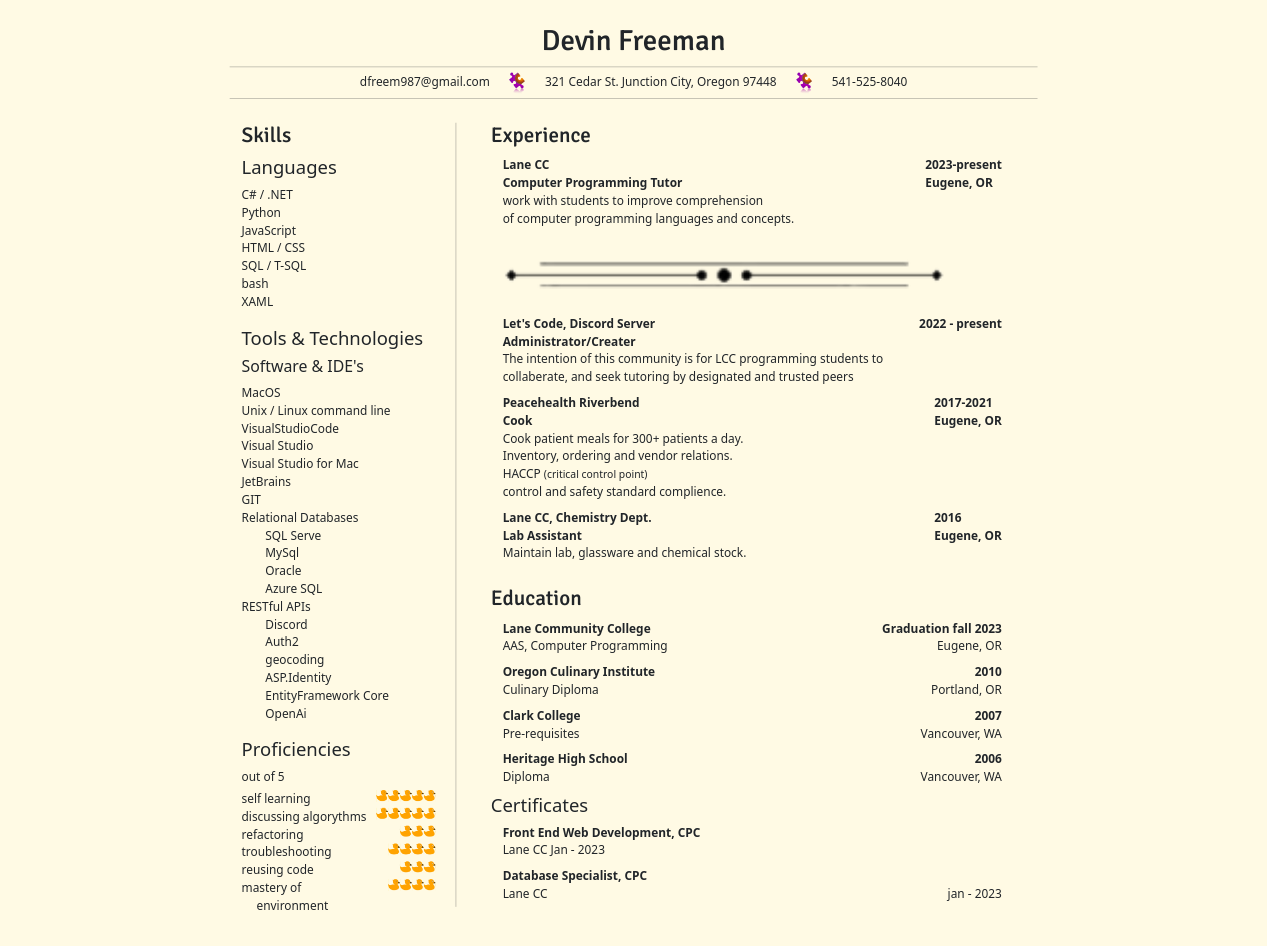
Repository: Dfreem/Resume
Page: index.html
The author's editor kept a copy of each file at every save. The page is drawn from the files as they stood at one save, then again after the next save.
The browser window is 1280 px wide. The pictures show the whole page, at 99% of full size.

Above is the page before, as saved 2023-02-13 09:27:36.

### index.html
<!DOCTYPE html>
<html lang="en">

<head>
    <meta charset="UTF-8">
    <meta http-equiv="X-UA-Compatible" content="IE=edge">
    <meta name="viewport" content="width=device-width, initial-scale=1.0">
    <link href="https://cdn.jsdelivr.net/npm/bootstrap@5.3.0-alpha1/dist/css/bootstrap.min.css" rel="stylesheet"
        integrity="sha384-GLhlTQ8iRABdZLl6O3oVMWSktQOp6b7In1Zl3/Jr59b6EGGoI1aFkw7cmDA6j6gD" crossorigin="anonymous">
    <link href="resume.css" rel="stylesheet" />
    <title>Devin Freeman</title>
</head>

<body>

    <h1>Devin Freeman</h1>
    <hr />

    <!-- ========= banner ========= -->

    <div class="personal-info">
        dfreem987@gmail.com
        &emsp;
        <span><img src="puzzle.png" class="puzzle-piece"></img></span>
        &emsp;
        321 Cedar St. Junction City, Oregon 97448
        &emsp;
        <span><img src="puzzle.png" class="puzzle-piece"></img></span>
        &emsp;
        541-525-8040
        <!-- &nbsp;freemand@my.lanecc.edu -->
    </div>
    <hr />
    <!-- ========= Skills start ========= -->

    <div class="hstack">
        <div class="vstack skill-stack">
            <h2>Skills</h2>

            <!-- ========= programming language list ========= -->

            <ul class="langs">
                <div class="d-flex flex-row flex-nowrap">
                    <h3>Languages</h3>
                </div>
                <li class="d-flex flex-row flex-nowrap">
                    C# / .NET</li>
                <li class="d-flex flex-row flex-nowrap">
                    Python</li>
                <li class="d-flex flex-row flex-nowrap">
                    JavaScript</li>
                <li class="d-flex flex-row flex-nowrap">
                    HTML / CSS</li>
                <li class="d-flex flex-row flex-nowrap">
                    SQL / T-SQL</li>
                <li class="d-flex flex-row flex-nowrap">
                    bash</li>
                <li class="d-flex flex-row flex-nowrap">
                    XAML</li>
            </ul>
            <ul>
                <div>
                    <h3>Tools & Technologies</h3>
                    <h4>Software & IDE's</h4>
                    <li>MacOS</li>
                    <li>Unix / Linux command line</li>
                    <li>VisualStudioCode</li>
                    <li>Visual Studio</li>
                    <li>Visual Studio for Mac</li>
                    <li>JetBrains </li>
                    <li>GIT</li>
                    <li>
                        <ul>
                            Relational Databases
                            <li class="ms-4">SQL Serve</li>
                            <li class="ms-4">MySql</li>
                            <li class="ms-4">Oracle</li>
                            <li class="ms-4">Azure SQL</li>
                        </ul>
                    </li>
                    <li>
                        <ul>
                            RESTful APIs
                            <li class="ms-4">Discord</li>
                            <li class="ms-4">Auth2</li>
                            <li class="ms-4">geocoding</li>
                            <li class="ms-4">ASP.Identity</li>
                            <li class="ms-4">EntityFramework Core</li>
                            <li class="ms-4">OpenAi</li>
                        </ul>
                    </li>
                    <li>

                    </li>
                    <li>

                    </li>
                </div>
            </ul>

            <!-- ========= Soft Skills ========= -->
            <div>
                <h3 class="same-line">Proficiencies</h3>

                <div class="push-right same-line">
                    out of 5
                </div>

            </div>
            <ul class="profs me-2">
                <li class="d-flex flex-row flex-nowrap">
                    self learning<div class="push-right five"></div>
                </li>
                <li class="d-flex flex-row flex-nowrap">
                    discussing algorythms<div class="push-right five"></div>
                </li>
                <li class="d-flex flex-row flex-nowrap">
                    refactoring<div class="push-right three"></div>
                </li>
                <li class="d-flex flex-row flex-nowrap">
                    troubleshooting<div class="push-right four"></div>
                </li>
                <li class="d-flex flex-row flex-nowrap">
                    reusing code<div class="push-right three"></div>
                </li>
                <li class="d-flex flex-row flex-nowrap">
                    mastery of <br />&emsp; environment<div class="push-right four">
                    </div>
                </li>
                <li class="dlex flex-row flex-nowrap"></li>
            </ul>

            <!-- ========= Professional References ========= -->

            <!-- <hr class="my-3" />
                <h3>References</h3>
                <dl class="profs me-2">
                    <dt class="d-flex flex-row flex-nowrap">
                        Bryce Fisher
                        <div class="push-right">
                            Lane CC, 2022
                        </div>
                    </dt>
                    <dd>
                        <b>collaborator / school colleague</b><br />
                        360-913-4165 <br />
                        bryce.e.fisher@gmail.com.
                    </dd>
                </dl>

                <dl class="profs me-2">
                    <dt class="d-flex flex-row flex-nowrap">
                        Ben Wilson
                        <div class="push-right">
                            Lane CC, 2022
                    </div>
                </dt>
                <dd>
                    <b>school colleague / tutee</b><br />
                    541-870-0555<br />
                    benosliw@gmail.com
                </dd>
            </dl>

            <dl class="profs me-2">
                <dt class="d-flex flex-row flex-nowrap">
                    Paul Frost
                    <div class="push-right">
                        Lane CC, 2022
                    </div>
                </dt>
                <dd>
                    <b>school colleague / tutee</b><br />
                    458-210-0711<br />
                    workpaulfrost@gmail.com<br />

                </dd>
            </dl> -->
        </div>
        <div class="vr my-4"></div>
        <div class="vstack work-stack">

            <!-- ========= Most Recent Work History ========= -->

            <dl class="work-history mt-4">
                <h2>Experience</h2>

                <!-- ========== Experience ========== -->

                <div class="container work-container">
                    <dt class="d-flex flex-nowrap flex-row">
                        Lane CC
                        <br />
                        Computer Programming Tutor
                        <div class="push-right">
                            2023-present
                            <br />
                            Eugene, OR
                        </div>
                    </dt>
                    <dd class="ed-details">
                        work with students to improve comprehension <br /> of computer programming languages and
                        concepts.
                    </dd>
                </div>
                <img src="min_line_seperater.png" width="90%">
                <div class="container work-container">
                    <dt class="d-flex flex-nowrap flex-row">
                        Let's Code, Discord Server<br />
                        Administrator/Creater
                        <div class="push-right">2022 - present</div>
                    </dt>
                    <dd class="ed-title">
                        The intention of this community is for LCC programming students to<br />
                        collaberate, and seek tutoring by designated and trusted peers
                    </dd>
                </div>
                <!-- ========== work history slot 2 ========== -->
                <div class="container work-container">
                    <dt class="d-flex flex-nowrap flex-row">
                        Peacehealth Riverbend
                        <br />
                        Cook
                        <div class="push-right">
                            2017-2021
                            <br />
                            Eugene, OR
                        </div>
                    </dt>
                    <dd class="ed-details">
                        Cook patient meals for 300+ patients a day. <br />
                        Inventory, ordering and vendor relations. <br />
                        HACCP <small>(critical control point)</small><br />
                        control and safety standard complience. <br />
                    </dd>
                </div>

                <!-- ========== work history slot 3 ========== -->
                <!--
                    <div class="container work-container">
                        <dt class="d-flex flex-nowrap flex-row">
                            McMenamins
                            <br />
                            Assistant kitchen manager
                            <div class="push-right">
                                2011-2013
                                <br />
                                Portland, OR
                                <br />
                            </div>
                        </dt>
                        <dd class="ed-details">
                            Staff management. Food order expeditor. <br />
                            Proficient in all stations including Pizza Kitchen.
                        </dd>
                    </div> -->

                <!-- ========== work history slot 3 ========== -->

                <div class="container work-container">
                    <dt class="d-flex flex-nowrap flex-row">
                       Lane CC, Chemistry Dept.
                        <br />
                        Lab Assistant
                        <div class="push-right">
                            2016
                            <br />
                            Eugene, OR
                        </div>
                    </dt>
                    <dd class="ed-details">Maintain lab, glassware and chemical stock.</dd>
                </div>
            </dl>

            <!-- ========== Education Start ========== -->

            <dl class="education">
                <h2>Education</h2>

                <!-- ========== Education slot 1 ========== -->

                <div class="container work-container">
                    <dt class="d-flex flex-nowrap flex-row">
                        <div class="ed-title">Lane Community College</div>
                        <div class="push-right">Graduation fall 2023</div>
                    </dt>
                    <dd class="d-flex flex-nowrap flex-row">
                        <div class="ed-title">AAS, Computer Programming </div>
                        <span class="push-right"> Eugene, OR </span>
                    </dd>
                </div>

                <!-- ========== Education slot 2 ========== -->

                <div class="container work-container">
                    <dt class="d-flex flex-nowrap flex-row">
                        <div class="ed-title">Oregon Culinary Institute</div>
                        <span class="push-right">2010</span>
                    </dt>
                    <dd class="d-flex flex-nowrap flex-row">
                        <div class="ed-title">Culinary Diploma</div>
                        <span class="push-right">Portland, OR</span>
                    </dd>
                </div>

                <!-- ========== Education slot 3 ========== -->

                <div class="container work-container">
                    <dt class="d-flex flex-nowrap flex-row">
                        <div class="ed-title">Clark College</div>
                        <span class="push-right">2007</span>
                    </dt>
                    <dd class="d-flex flex-nowrap flex-row">
                        <div class="ed-title">Pre-requisites</div>
                        <span class="push-right">Vancouver, WA</span>
                    </dd>
                </div>

                <!-- ========== Education slot 4 ========== -->

                <div class="container work-container">
                    <dt class="d-flex flex-nowrap flex-row">
                        <div class="ed-title">Heritage High School</div>
                        <span class="push-right">2006</span>
                    </dt>
                    <dd class="d-flex flex-nowrap flex-row">
                        <div class="ed-title">Diploma</div>
                        <span class="push-right">Vancouver, WA</span>
                    </dd>
                </div>
                <!-- ========= Certifications ========= -->


                <h3>Certificates</h3>
                <div class="container work-container">
                    <dt class="d-flex flex-row flex-nowrap">
                        <div class="ed-title">Front End Web Development, CPC
                        </div>
                    </dt>
                    <dd>
                        <span class="push-right">
                            Lane CC
                            Jan - 2023

                        </span>
                    </dd>
                </div>

                <div class="container work-container">
                    <dt>Database Specialist, CPC </dt>
                    <dd class="d-flex flex-row flex-nowrap">Lane CC
                        <span class="push-right">jan - 2023</span>
                    </dd>
                </div>
        </div>
        </dl>



    </div>
    </div>
    <dl class="d-grid container">
        <div class="row">

    </dl>
    </div>

</body>
<script src="https://cdn.jsdelivr.net/npm/bootstrap@5.3.0-alpha1/dist/js/bootstrap.bundle.min.js"
    integrity="sha384-w76AqPfDkMBDXo30jS1Sgez6pr3x5MlQ1ZAGC+nuZB+EYdgRZgiwxhTBTkF7CXvN"
    crossorigin="anonymous"></script>

</html>

### resume.css
@import url('https://fonts.googleapis.com/css2?family=Raleway:ital,wght@0,500;0,700;0,800;1,500&family=Signika:wght@400;500;700&display=swap');

/*
font-family: 'Raleway', sans-serif;
font-family: 'Signika', sans-serif;
*/
body {
    /* padding-inline: 0.5in; */
    padding-block-start: 2em;
    margin: auto;
    max-width: 8.5in;
    min-width: 8.5in;
    max-height: 11in;
    font-size: 12px;
    background-color: rgb(255, 250, 228);
}

.personal-info {
    text-align: center;
    margin-bottom: 0;
}

h1 {
    font-family: 'Signika', sans-serif;
    text-align: center;
    font-size: 22pt;
    letter-spacing: 105%;
}

h2 {
    font-family: 'Signika', sans-serif;
    font-size: 16pt;
    margin-block-start: 0;
}

h3 {
    font-size: 14pt;
    width: fit-content;
}

h4 {
    font-size: 12pt;
}

.puzzle-piece {
    width: 1.6em;
    margin-block: .3em;
}

.work-history {
    min-width: 90%;
    align-self: flex-end;
    margin-inline-end: 2em;
}

.work-stack{
    /* background-color: chartreuse; */
}

.education {
    align-self: flex-end;
    margin-inline-end: 2em;
    width: 90%;
}

.skill-stack {
    min-width:25%;
    max-width: 25%;
    margin-inline:1em;
    margin-block-end: 1em;
    margin-top: 2em;
    /* background-color: chartreuse; */
}

.push-right {
    margin-inline-start: auto;
}

.profs {
    /* font-size: 10px; */
    margin-block: .3em;
}



.five {
    background-image: url("ducky.png");
    background-size: 12px;
    background-repeat: repeat-x;
    width:60px;
 }

.four {
    background-image: url("ducky.png");
    background-size: 12px;
    background-repeat: repeat-x;
    width:48px;
    /* background-position: ; */
}

.three {
    background-image: url("ducky.png");
    background-size: 12px;
    background-repeat: repeat-x;
    width:36px;
 }
.two {
    background-image: url("ducky.png");
    background-size: 12px;
    background-repeat: repeat-x;
    width:24px;
 }

hr {
    margin-block: 0;
}

ul {
    padding-Inline: 0;
}

li {
    list-style: none;
}

After the next save:
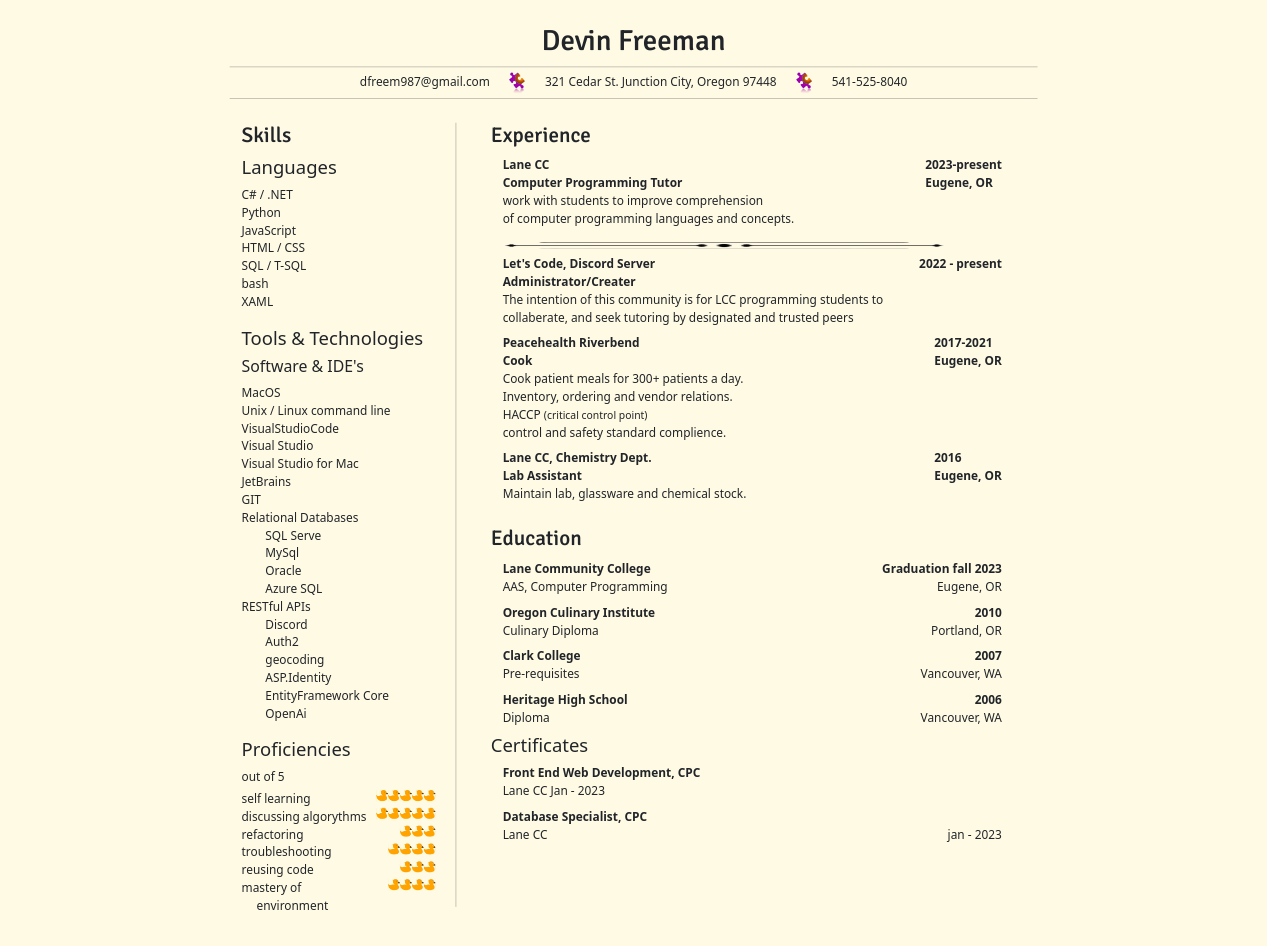
Saved 15 s later.
--- a/index.html
+++ b/index.html
@@ -203,7 +203,7 @@
                         concepts.
                     </dd>
                 </div>
-                <img src="min_line_seperater.png" width="90%">
+                <img src="min_line_seperater.png" width="90%" height="20px">
                 <div class="container work-container">
                     <dt class="d-flex flex-nowrap flex-row">
                         Let's Code, Discord Server<br />
